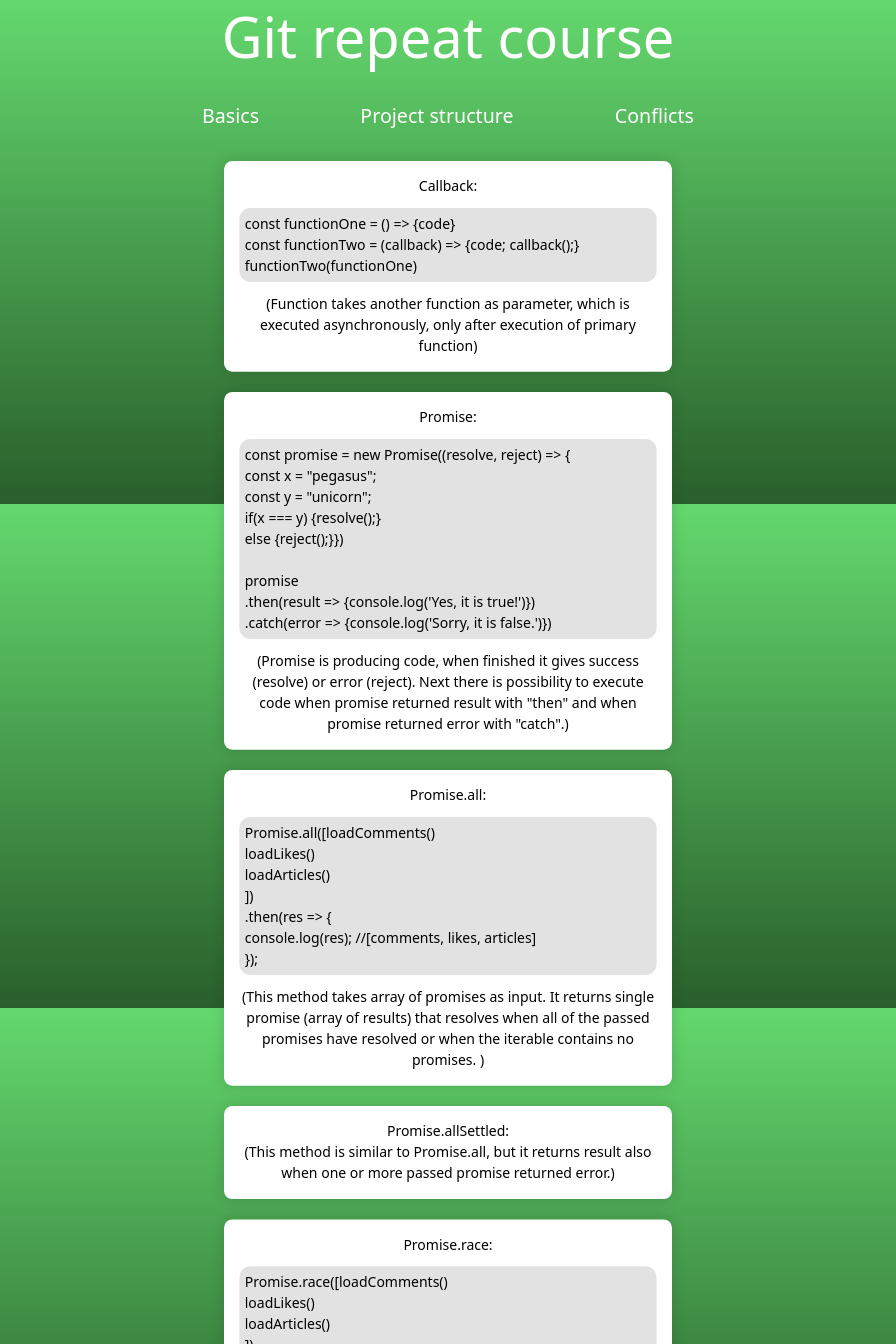
Repository: michalgornicki/git
Page: /#/Structure
An editor plug-in stored every save of this project. The page is shown before and after a run of saves, followed by the edit.
The browser window is 1280 px wide. The pictures show the part of the page from y = 0 to 1920 px (the page is 3949 px tall before and 1047 px after), at 70% of full size.
Backgrounds fixed to the window are drawn as part of the page. The project was rebuilt for these pictures with package versions that can differ from the ones it lists, and the page was loaded fresh each time. Also part of the build but not shown: src/components/basics.jsx, src/components/conflicts.jsx.

Above is the page before, as saved 2022-02-10 13:33:19.

After the next 2 saves:
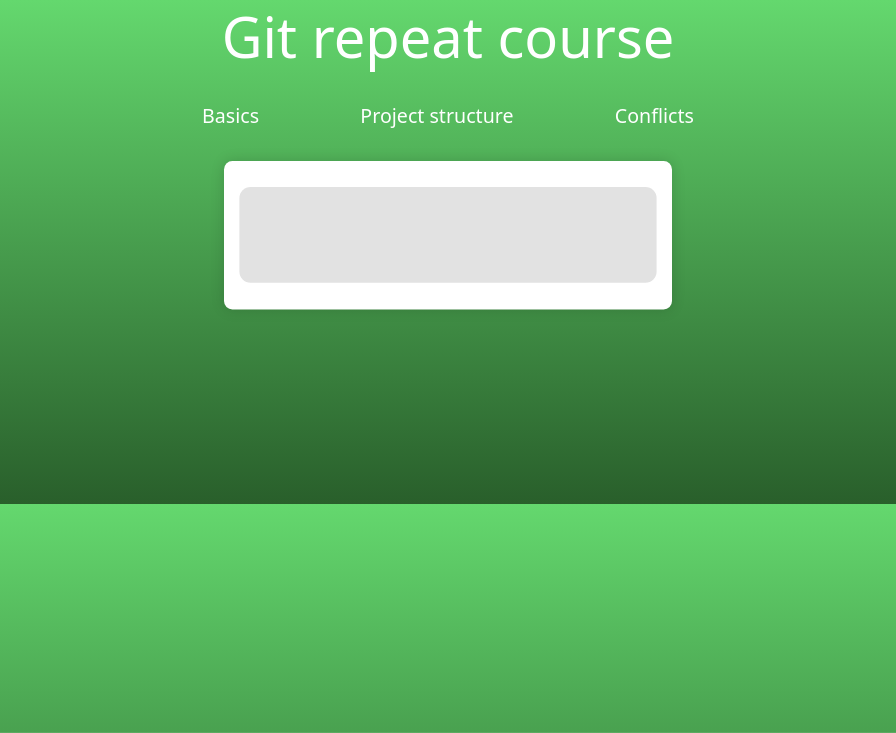
The 2 saves are shown as one change because they came seconds apart.
The last was saved 10 s later.
--- a/src/components/structure.jsx
+++ b/src/components/structure.jsx
@@ -1,98 +1,15 @@
 const Async = () => {
   return (
     <div className="">
-      <div className="js-item">
+                  <div className="js-item">
         {" "}
-        <div className="">Callback: </div>
+        <div className=""> </div>
         <div className="text-pink">
-          {`const functionOne = () => {code}`} <br />
-          {`const functionTwo = (callback) => {code; callback();}`} <br />
-          {`functionTwo(functionOne)`}{" "}
-        </div>{" "}
-        (Function takes another function as parameter, which is executed asynchronously, only after execution of primary function)
-      </div>
-      <div className="js-item">
-        {" "}
-        <div className="">Promise: </div>
-        <div className="text-pink">
-          {`const promise = new Promise((resolve, reject) => {`} <br />
-          {`const x = "pegasus";`} <br />
-          {`const y = "unicorn";`} <br />
-          {` if(x === y) {resolve();}`} <br />
-          {` else {reject();}})`} <br /> <br />
-          {`promise`} <br />
-          {`.then(result => {console.log('Yes, it is true!')})`} <br />
-          {`.catch(error => {console.log('Sorry, it is false.')})`}{" "}
-        </div>{" "}
-        (Promise is producing code, when finished it gives success (resolve) or error (reject). Next there is possibility to execute code when promise returned result with "then" and when promise returned error with "catch".)
-      </div>
-      <div className="js-item">
-        {" "}
-        <div className="">Promise.all: </div>
-        <div className="text-pink">
-          {`Promise.all([`}
-          {`loadComments()`} <br />
-          {`loadLikes()`} <br />
-          {`loadArticles()`} <br />
-          {`])`} <br />
-          {`.then(res => {`} <br />
-          {`console.log(res); //[comments, likes, articles]`} <br />
-          {`});`}
+          <pre>{`
+
+
+          `}</pre>
         </div>
-        (This method takes array of promises as input. It returns single promise (array of results) that resolves when all of the passed promises have resolved or when the iterable contains no promises. )
-      </div>
-      <div className="js-item">
-        {" "}
-        <div className="">Promise.allSettled: </div>
-        (This method is similar to Promise.all, but it returns result also when one or more passed promise returned error.)
-      </div>
-      <div className="js-item">
-        {" "}
-        <div className="">Promise.race: </div>
-        <div className="text-pink">
-          {`Promise.race([`}
-          {`loadComments()`} <br />
-          {`loadLikes()`} <br />
-          {`loadArticles()`} <br />
-          {`])`} <br />
-          {`.then(res => {`} <br />
-          {`console.log(res); //[comments or likes or articles, whichever promise executed first]`} <br />
-          {`});`}
-        </div>
-        (This promise method returns only one of passed promises, which executed first regardless success or error.
-      </div>
-      <div className="js-item">
-        {" "}
-        <div className="">Promise.finally: </div>
-        (When promise is either fulfilled or rejected callback finally is executed. This provides a way to run code despite result of promise.)
-      </div>
-      <div className="js-item">
-        {" "}
-        <div className="">Promise chain: </div>
-        <div className="text-pink">
-          {`const promise = new Promise((resolve, reject) => {`} <br />
-          {` if(value ) {resolve();}`} <br />
-          {` else {reject();}})`} <br /> <br />
-          {`promise`} <br />
-          {`.then(result => {console.log('first task is over!')})`} <br />
-          {`.then(result => {console.log('second task is over.')})`} <br />
-          {`.then(result => {console.log('third task is over too!')})`} <br />
-        </div>{" "}
-        (Using this method we can chain many tasks in sequence, one after another)
-      </div>
-      <div className="js-item">
-        {" "}
-        <div className="">Async / await: </div>
-        <div className="text-pink">
-          {`const renderPage = async () => {`} <br />
-          {`const country = getCountry();`} <br />
-          {`const weather = getWeather(country.lat, country.lng);`}
-          <br/> <br/>
-          {`const countryData = await country;`} <br />
-          {`const weatherData = await weather;`} <br />
-          {`updatePage(countryData, weatherData);}`} <br />
-        </div>{" "}
-        (The word async before a function means this function will always returns a promise. Using async and await gives possibility to wait with execution of code until previous action will finish. This could be also acomplished with promises. Advantage of using async/await over promises is similarity to working with synchronous code.)
       </div>
     </div>
   );
